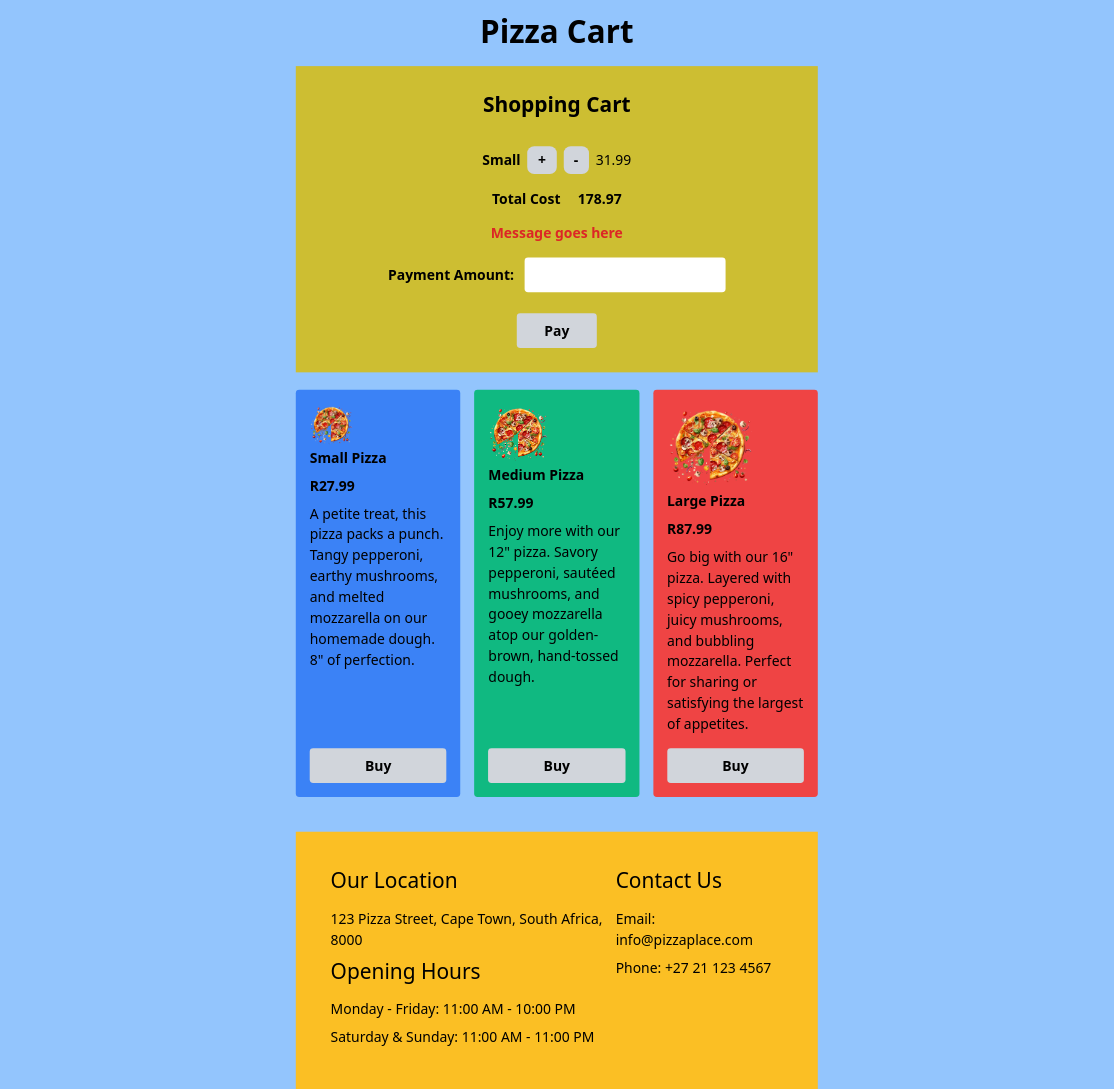
Repository: lasity34/pizza_cart
Page: index.html
The author's editor kept a copy of each file at every save. The page is drawn from the files as they stood at one save, then again after the next save.
The browser window is 1280 px wide. The pictures show the whole page, at 87% of full size.
Some web libraries are served in a nearby version.

Above is the page before, as saved 2023-07-11 10:44:43.

After the next save:
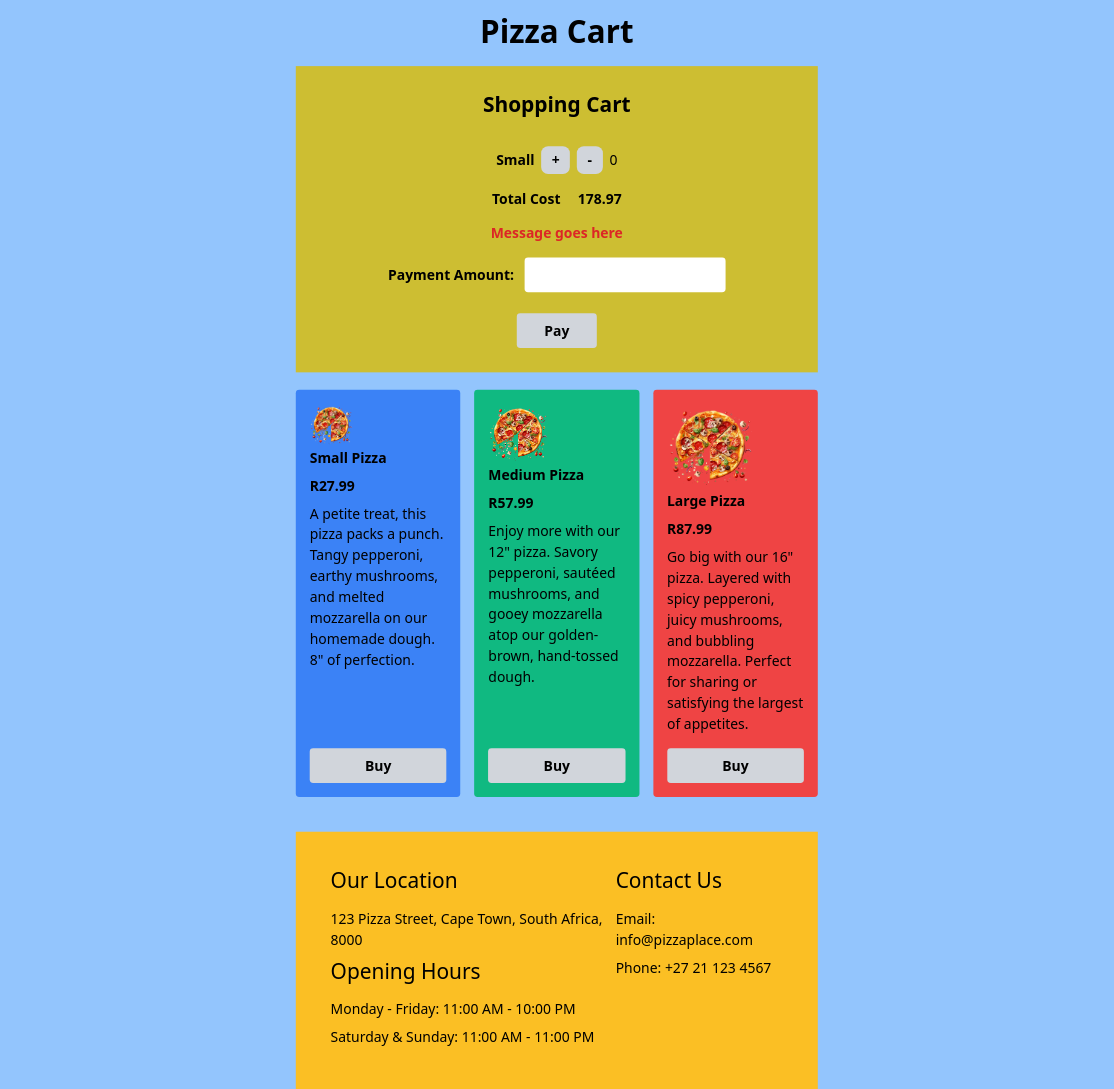
Saved 21 s later.
--- a/index.html
+++ b/index.html
@@ -32,7 +32,7 @@
           >
             -
           </button>
-          <p class="ml-2">31.99</p>
+          <p class="ml-2" x-text="amount * price"></p>
         </div>
         <div class="flex mt-4">
           <p class="font-bold">Total Cost</p>
